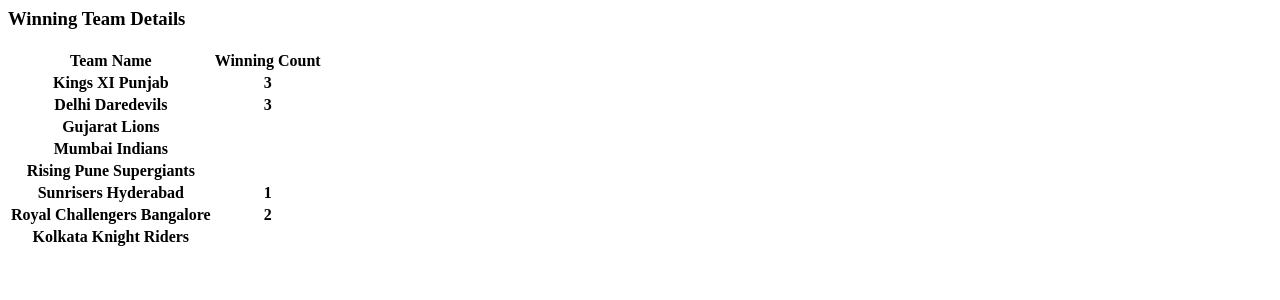
Repository: umng/Learn-to-Program
Page: http://localhost/JSP_Code_Challenge/
An editor plug-in stored every save of this project. The page is shown before and after the next save, followed by the edit.
The browser window is 1280 px wide. The pictures show the whole page.
The page is served by Tomcat 9.

Above is the page before, as saved 2017-03-02 10:56:21.

After the next save:
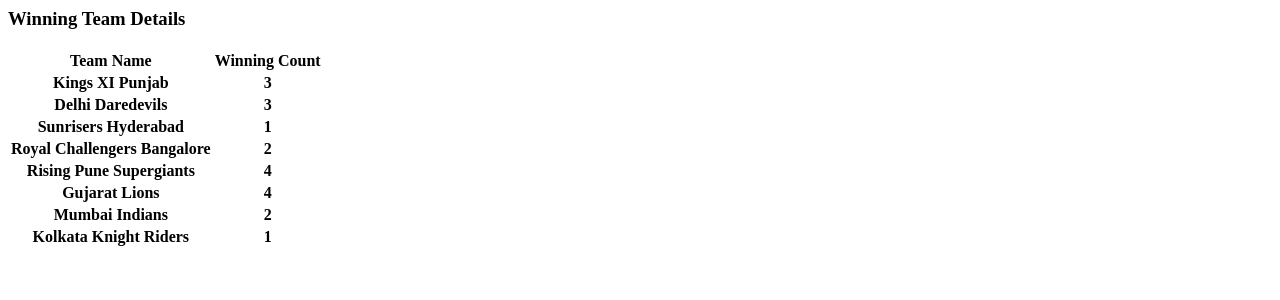
Saved 37 s later.
--- a/Java/CTS_SFDC/workspace/JSP Code Challenge/WebContent/index.jsp
+++ b/Java/CTS_SFDC/workspace/JSP Code Challenge/WebContent/index.jsp
@@ -19,18 +19,6 @@
 			<th>3</th>
 		</tr>
 		<tr>
-			<th>Gujarat Lions</th>
-			<th></th>
-		</tr>
-		<tr>
-			<th>Mumbai Indians</th>
-			<th></th>
-		</tr>
-		<tr>
-			<th>Rising Pune Supergiants</th>
-			<th></th>
-		</tr>
-		<tr>
 			<th>Sunrisers Hyderabad</th>
 			<th>1</th>
 		</tr>
@@ -39,8 +27,20 @@
 			<th>2</th>
 		</tr>
 		<tr>
+			<th>Rising Pune Supergiants</th>
+			<th>4</th>
+		</tr>
+		<tr>
+			<th>Gujarat Lions</th>
+			<th>4</th>
+		</tr>
+		<tr>
+			<th>Mumbai Indians</th>
+			<th>2</th>
+		</tr>
+		<tr>
 			<th>Kolkata Knight Riders</th>
-			<th></th>
+			<th>1</th>
 		</tr>
 	</table>
 </body>
